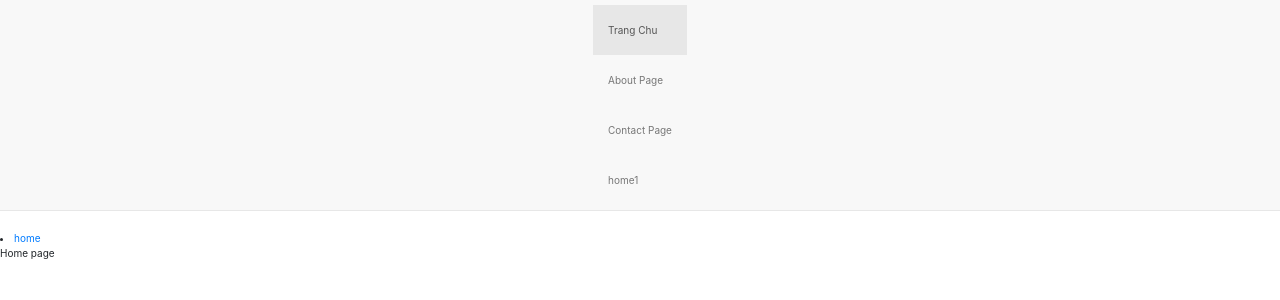
Repository: hntvip/react-route
Page: /
The author's editor kept a copy of each file at every save. The page is drawn from the files as they stood at one save, then again after the next save.
The browser window is 1280 px wide. The pictures show the whole page.
The project was rebuilt for these pictures with package versions that can differ from the ones it lists, and the page was loaded fresh each time. Also part of the build but not shown: src/components/About.js, src/components/Contact.js.

Above is the page before, as saved 2019-11-28 10:52:50.

### public/index.html
<!DOCTYPE html>
<html lang="en">
  <head>
    <meta charset="utf-8" />
    <link rel="icon" href="%PUBLIC_URL%/favicon.ico" />
    <meta name="viewport" content="width=device-width, initial-scale=1" />
    <meta name="theme-color" content="#000000" />
    <meta
      name="description"
      content="Web site created using create-react-app"
    />
    <link rel="apple-touch-icon" href="logo192.png" />
    <!--
      manifest.json provides metadata used when your web app is installed on a
      user's mobile device or desktop. See https://developers.google.com/web/fundamentals/web-app-manifest/
    -->
    <link rel="manifest" href="%PUBLIC_URL%/manifest.json" />
    <!--
      Notice the use of %PUBLIC_URL% in the tags above.
      It will be replaced with the URL of the `public` folder during the build.
      Only files inside the `public` folder can be referenced from the HTML.

      Unlike "/favicon.ico" or "favicon.ico", "%PUBLIC_URL%/favicon.ico" will
      work correctly both with client-side routing and a non-root public URL.
      Learn how to configure a non-root public URL by running `npm run build`.
    -->
    <title>React App</title>

    <!-- Latest compiled and minified CSS & JS -->
    <link rel="stylesheet" media="screen" href="//netdna.bootstrapcdn.com/bootstrap/3.3.4/css/bootstrap.min.css">
    <script src="//code.jquery.com/jquery.js"></script>
    <script src="//netdna.bootstrapcdn.com/bootstrap/3.3.4/js/bootstrap.min.js"></script>

  </head>
  <body>
    <noscript>You need to enable JavaScript to run this app.</noscript>
    <div id="root"></div>
    <!--
      This HTML file is a template.
      If you open it directly in the browser, you will see an empty page.

      You can add webfonts, meta tags, or analytics to this file.
      The build step will place the bundled scripts into the <body> tag.

      To begin the development, run `npm start` or `yarn start`.
      To create a production bundle, use `npm run build` or `yarn build`.
    -->
  </body>
</html>

### src/index.js
import React from 'react';
import ReactDOM from 'react-dom';
import './index.css';
import App from './App';
import * as serviceWorker from './serviceWorker';

import '../node_modules/bootstrap/dist/css/bootstrap.css';

ReactDOM.render(<App />, document.getElementById('root'));

// If you want your app to work offline and load faster, you can change
// unregister() to register() below. Note this comes with some pitfalls.
// Learn more about service workers: https://bit.ly/CRA-PWA
serviceWorker.unregister();

### src/App.js
import React, { Component } from 'react';
import { BrowserRouter as Router, Route, Switch, Link} from 'react-router-dom';
import Menu from './components/Menu';
import About from './components/About';
import Home from './components/Home';
import Contact from './components/Contact';
const MenuLink = ({label, to, activeOnlyWhenExact}) => {
  return (
    <Route path={to} exact={activeOnlyWhenExact} children={({match})=>{
      var active = match ? 'active': 'abc'
      return (
        <li className={active}>
          <Link to={to} className="my-link">{label}</Link>
        </li>
      )
    }}>
    </Route>
  )
}
class App extends Component {
  render(){
    return (
      <Router>
        <div className="App">
          <Menu/>
          <MenuLink to="/home"
            label='home'
            activeOnlyWhenExact='true'
          />
          {/* Noi Dung */}
          <Switch>
            <Route path="/" exact component={Home}></Route>
            <Route path="/contact" component={Contact}></Route>
            <Route path="/about" component={About}></Route>
          </Switch>
        </div>
      </Router>
    )
  }
}

export default App;

### src/components/Menu.js
import React, { Component } from 'react';
import { Route, Link} from 'react-router-dom';

const menus = [
  {
    name: "Trang Chu",
    to:"/",
    exact: true
  },{
    name: "About Page",
    to:"/about",
    exact: false
  },{
    name: "Contact Page",
    to:"/contact",
    exact: false
  }
]
const MenuLink = ({label, to, activeOnlyWhenExact}) => {
  return (
    <Route path={to} exact={activeOnlyWhenExact} children={({match})=>{
      var active = match ? 'active': 'abc'
      return (
        <li className={active}>
          <Link to={to} className="my-link">{label}</Link>
        </li>
      )
    }}>
    </Route>
  )
}

class Menu extends Component{
  render(){
    return(
      <nav className="navbar navbar-default navbar-fixed-top" role="navigation">
        <ul className="nav navbar-nav">
          { this.showMenus(menus)}
          <MenuLink to="/home1"
            label="home1"
            activeOnlyWhenExact="true"
          />
        </ul>
      </nav>
    );
  }

  showMenus = (menus) => {
    var result = null;
    if ( menus.length > 0 ){
      result = menus.map((menu, index) => {
        return (
          <MenuLink to={menu.to}
            key={index}
            label={menu.name}
            activeOnlyWhenExact={menu.exact}
          />
        )
      })
    }
    console.log(result);
    return result;
  }
}

export default Menu;

### src/components/Home.js
import React from 'react';

function Home() {
  return (
    <div>Home page</div>
  );
}

export default Home;

Loaded but not shown: src/index.css (common file); src/serviceWorker.js (common file)

After the next save:
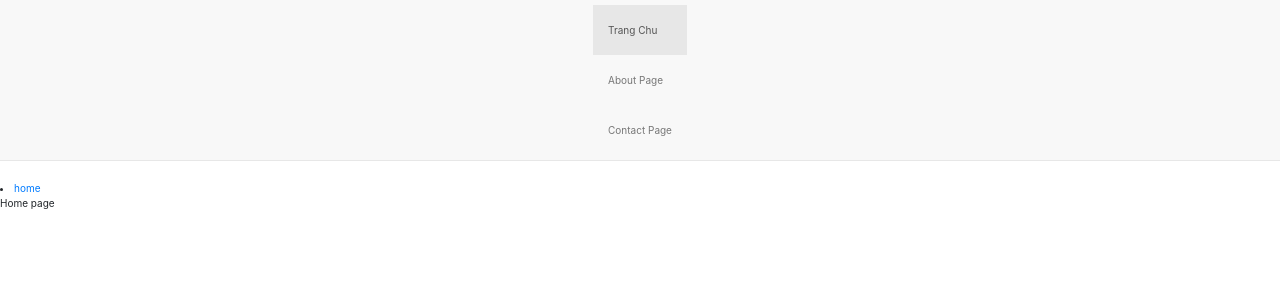
Saved 63 s later.
--- a/src/components/Menu.js
+++ b/src/components/Menu.js
@@ -36,10 +36,6 @@ class Menu extends Component{
       <nav className="navbar navbar-default navbar-fixed-top" role="navigation">
         <ul className="nav navbar-nav">
           { this.showMenus(menus)}
-          <MenuLink to="/home1"
-            label="home1"
-            activeOnlyWhenExact="true"
-          />
         </ul>
       </nav>
     );
